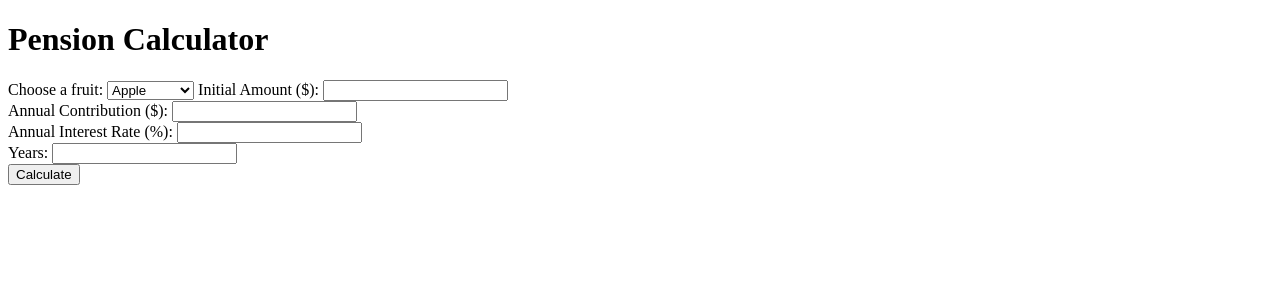
Repository: AQSA-ABDULLAH/RetirementManagmentSystem
Page: RetimentManagmentSystem/src/main/webapp/PensionCalculator.html
An editor plug-in stored every save of this project. The page is shown before and after the next save, followed by the edit.
The browser window is 1280 px wide. The pictures show the whole page.

Above is the page before, as saved 2023-08-13 17:41:00.

### RetimentManagmentSystem/src/main/webapp/PensionCalculator.html
<!DOCTYPE html>
<html>
<head>
<meta charset="ISO-8859-1">
<title>Pension Calculator</title>
<script>
  function calculatePension() {
    var initialAmount = parseFloat(document.getElementById('initialAmount').value);
    var annualContribution = parseFloat(document.getElementById('annualContribution').value);
    var interestRate = parseFloat(document.getElementById('interestRate').value) / 100;
    var years = parseInt(document.getElementById('years').value);

    var totalAmount = initialAmount;
    for (var i = 1; i <= years; i++) {
      totalAmount += annualContribution;
      totalAmount *= (1 + interestRate);
    }

    document.getElementById('result').innerHTML = 'Your pension after ' + years + ' years will be: $' + totalAmount.toFixed(2);
  }
</script>
</head>
<body>
  <h1>Pension Calculator</h1>
  <form method="post" action="myservlet">

	  <label for="fruits">Choose a fruit:</label>
        <select id="fruits" name="fruits">
            <option value="apple">Apple</option>
            <option value="banana">Banana</option>
            <option value="orange">Orange</option>
            <option value="grape">Grape</option>
            <option value="strawberry">Strawberry</option>
        </select>


    <label for="initialAmount">Initial Amount ($):</label>
    <input type="number" id="initialAmount" step="any" required><br>

    <label for="annualContribution">Annual Contribution ($):</label>
    <input type="number" id="annualContribution" step="any" required><br>

    <label for="interestRate">Annual Interest Rate (%):</label>
    <input type="number" id="interestRate" step="any" required><br>

    <label for="years">Years:</label>
    <input type="number" id="years" step="1" required><br>

    <button type="button" onclick="calculatePension()">Calculate</button>
  </form>

  <p id="result"></p>
</body>
</html>

After the next save:
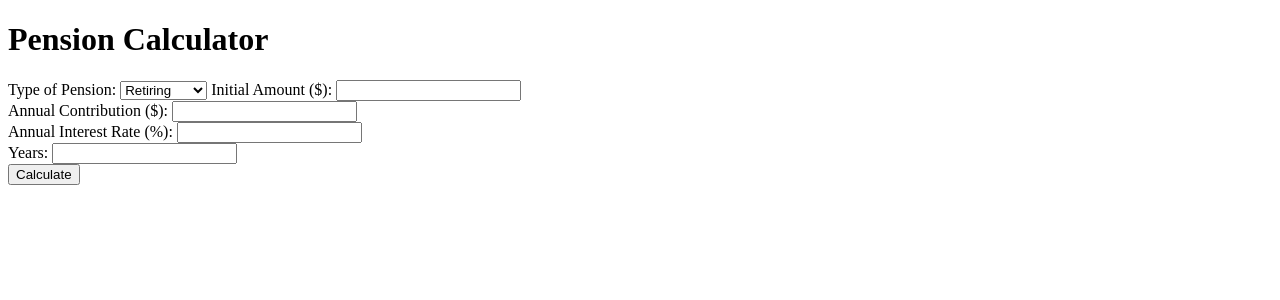
Saved 97 s later.
--- a/RetimentManagmentSystem/src/main/webapp/PensionCalculator.html
+++ b/RetimentManagmentSystem/src/main/webapp/PensionCalculator.html
@@ -24,9 +24,9 @@
   <h1>Pension Calculator</h1>
   <form method="post" action="myservlet">
 
-	  <label for="fruits">Choose a fruit:</label>
+	  <label for="type">Type of Pension:</label>
         <select id="fruits" name="fruits">
-            <option value="apple">Apple</option>
+            <option value="apple">Retiring</option>
             <option value="banana">Banana</option>
             <option value="orange">Orange</option>
             <option value="grape">Grape</option>
